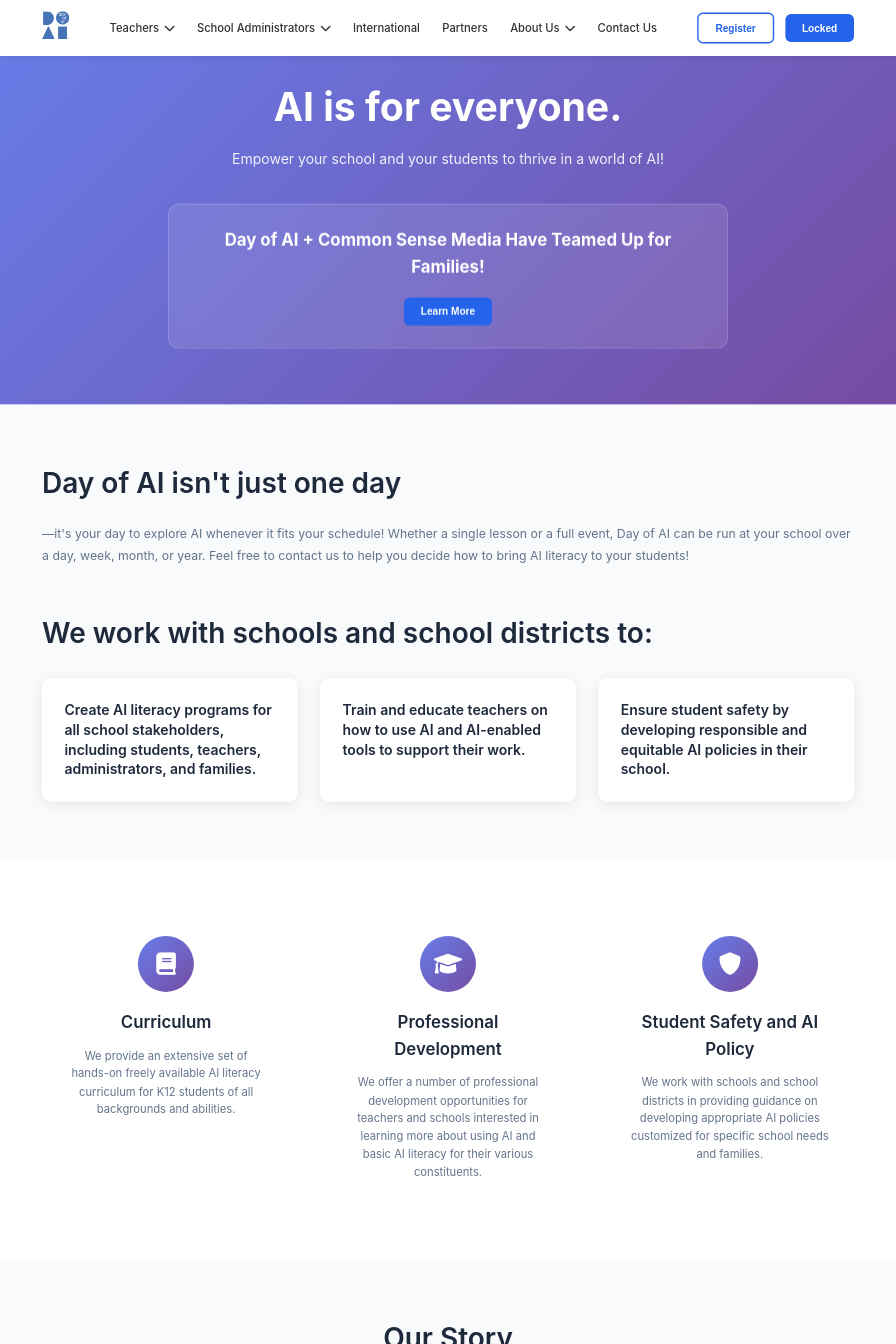
Repository: dinhtri123/dayofai
Page: index.html
The author's editor kept a copy of each file at every save. The page is drawn from the files as they stood at one save, then again after the next save.
The browser window is 1280 px wide. The pictures show the part of the page from y = 0 to 1920 px (the page is 3443 px tall before and 3347 px after), at 70% of full size.

Above is the page before, as saved 2025-06-28 14:28:53.

### index.html
<!DOCTYPE html>
<html lang="en">
<head>
    <meta charset="UTF-8">
    <meta name="viewport" content="width=device-width, initial-scale=1.0">
    <title>Day of AI - AI is for everyone</title>
    <link rel="stylesheet" href="styles.css">
    <link rel="preconnect" href="https://fonts.googleapis.com">
    <link rel="preconnect" href="https://fonts.gstatic.com" crossorigin>
    <link href="https://fonts.googleapis.com/css2?family=Roboto:ital,wght@0,100..900;1,100..900&display=swap" rel="stylesheet">
    <link rel="stylesheet" href="https://cdnjs.cloudflare.com/ajax/libs/font-awesome/6.0.0/css/all.min.css">
</head>
<body>
    <!-- Header -->
    <header class="header">
        <nav class="navbar">
            <div class="nav-container">
                <div class="nav-logo">
                    <img src="./images/logo.svg" alt="Day of AI Logo">
                </div>

                <ul class="nav-menu">
                    <li class="nav-item dropdown">
                        <a href="#" class="nav-link">Teachers <i class="fas fa-chevron-down"></i></a>
                        <ul class="dropdown-menu">
                            <li><a href="#">Curriculum</a></li>
                            <li><a href="#">Seasonal and Monthly Activities</a></li>
                            <li><a href="#">Professional Development</a></li>
                            <li><a href="#">Family Resources</a></li>
                        </ul>
                    </li>
                    <li class="nav-item dropdown">
                        <a href="#" class="nav-link">School Administrators <i class="fas fa-chevron-down"></i></a>
                        <ul class="dropdown-menu">
                            <li><a href="#">Professional Development</a></li>
                            <li><a href="#">Curriculum</a></li>
                            <li><a href="#">Student Safety & AI Policy</a></li>
                            <li><a href="#">Family Resources</a></li>
                        </ul>
                    </li>
                    <li class="nav-item">
                        <a href="#" class="nav-link">International</a>
                    </li>
                    <li class="nav-item">
                        <a href="#" class="nav-link">Partners</a>
                    </li>
                    <li class="nav-item dropdown">
                        <a href="#" class="nav-link">About Us <i class="fas fa-chevron-down"></i></a>
                        <ul class="dropdown-menu">
                            <li><a href="#">Our Team</a></li>
                            <li><a href="#">Our Story</a></li>
                            <li><a href="#">FAQ</a></li>
                            <li><a href="#">News & Impact</a></li>
                        </ul>
                    </li>
                    <li class="nav-item">
                        <a href="#" class="nav-link">Contact Us</a>
                    </li>
                </ul>

                <div class="nav-buttons">
                    <button class="btn btn-secondary">Register</button>
                    <button class="btn btn-primary">Locked</button>
                </div>

                <div class="hamburger">
                    <span class="bar"></span>
                    <span class="bar"></span>
                    <span class="bar"></span>
                </div>
            </div>
        </nav>
    </header>

    <!-- Hero Section -->
    <section class="hero">
        <div class="container">
            <div class="hero-content">
                <h1 class="hero-title">AI is for everyone.</h1>
                <p class="hero-subtitle">Empower your school and your students to thrive in a world of AI!</p>
                <div class="hero-banner">
                    <div class="banner-content">
                        <h3>Day of AI + Common Sense Media Have Teamed Up for Families!</h3>
                        <button class="btn btn-primary">Learn More</button>
                    </div>
                </div>
            </div>
        </div>
    </section>

    <!-- Main Content Section -->
    <section class="main-content">
        <div class="container">
            <div class="content-grid">
                <div class="content-item">
                    <h2>Day of AI isn't just one day</h2>
                    <p>—it's your day to explore AI whenever it fits your schedule! Whether a single lesson or a full event, Day of AI can be run at your school over a day, week, month, or year. Feel free to contact us to help you decide how to bring AI literacy to your students!</p>
                </div>

                <div class="content-item">
                    <h2>We work with schools and school districts to:</h2>
                    <div class="services-grid">
                        <div class="service-card">
                            <h3>Create AI literacy programs for all school stakeholders, including students, teachers, administrators, and families.</h3>
                        </div>
                        <div class="service-card">
                            <h3>Train and educate teachers on how to use AI and AI-enabled tools to support their work.</h3>
                        </div>
                        <div class="service-card">
                            <h3>Ensure student safety by developing responsible and equitable AI policies in their school.</h3>
                        </div>
                    </div>
                </div>
            </div>
        </div>
    </section>

    <!-- Features Section -->
    <section class="features">
        <div class="container">
            <div class="features-grid">
                <div class="feature-card">
                    <div class="feature-icon">
                        <i class="fas fa-book"></i>
                    </div>
                    <h3>Curriculum</h3>
                    <p>We provide an extensive set of hands-on freely available AI literacy curriculum for K12 students of all backgrounds and abilities.</p>
                </div>

                <div class="feature-card">
                    <div class="feature-icon">
                        <i class="fas fa-graduation-cap"></i>
                    </div>
                    <h3>Professional Development</h3>
                    <p>We offer a number of professional development opportunities for teachers and schools interested in learning more about using AI and basic AI literacy for their various constituents.</p>
                </div>

                <div class="feature-card">
                    <div class="feature-icon">
                        <i class="fas fa-shield-alt"></i>
                    </div>
                    <h3>Student Safety and AI Policy</h3>
                    <p>We work with schools and school districts in providing guidance on developing appropriate AI policies customized for specific school needs and families.</p>
                </div>
            </div>
        </div>
    </section>

    <!-- About Section -->
    <section class="about">
        <div class="container">
            <div class="about-content">
                <h2>Our Story</h2>
                <p>Day of AI brings free and open-source AI tools, curriculum, assessments, and teacher professional development materials developed by MIT RAISE to students and educators everywhere.</p>

                <div class="mit-section">
                    <h3>Powered by MIT RAISE</h3>
                    <p>Day of AI was born at MIT in June 2021. Led by a team of faculty and research scientists at MIT RAISE…..(more)</p>
                </div>

                <div class="partners-section">
                    <h3>Our Collaborators and Partners</h3>
                    <div class="partners-grid">
                        <div class="partner-logo">Partner 1</div>
                        <div class="partner-logo">Partner 2</div>
                        <div class="partner-logo">Partner 3</div>
                        <div class="partner-logo">Partner 4</div>
                    </div>
                </div>
            </div>
        </div>
    </section>

    <!-- CTA Section -->
    <section class="cta">
        <div class="container">
            <div class="cta-content">
                <h2>Bring Day of AI to Your School or School District</h2>
                <div class="cta-buttons">
                    <button class="btn btn-primary">Register</button>
                    <button class="btn btn-secondary">Learn More</button>
                </div>
            </div>
        </div>
    </section>

    <!-- Footer -->
    <footer class="footer">
        <div class="container">
            <div class="footer-content">
                <div class="footer-section">
                    <p>&copy; 2025, Day of AI. All Rights Reserved.</p>
                    <div class="footer-links">
                        <a href="#">Privacy Policy</a>
                        <a href="#">Accessibility</a>
                        <a href="#">Terms of Use</a>
                        <a href="#">Boston Web Design</a>
                    </div>
                </div>

                <div class="footer-legal">
                    <p>Unless stated otherwise, the DAY OF AI curriculum is licensed under a Creative Commons Attribution-NonCommercial-ShareAlike 4.0 International License (the "DAY OF AI Creative Commons license"). The DAY OF AI Creative Commons license does not include a license to use the trademarks and service marks, DAY OF AI, DAY OF AI (and Design), the DAY OF AI logo, MASSACHUSETTS INSTITUTE OF TECHNOLOGY, MIT, the MIT logo, MIT RAISE, RAISE, or any other trademarks, service marks, or other intellectual property, owned by, or associated with, Massachusetts Institute of Technology, and such use is expressly excluded. DAY OF AI, DAY OF AI (and Design), and the DAY OF AI logo are trademarks and service marks of MASSACHUSETTS INSTITUTE OF TECHNOLOGY. All rights are reserved.</p>
                </div>

                <div class="footer-translate">
                    <button class="translate-btn">Translate »</button>
                </div>
            </div>
        </div>
    </footer>

    <script src="script.js"></script>
</body>
</html>

### styles.css
:root {
  --font-family: 'Roboto', sans-serif;
}
* {
    margin: 0;
    padding: 0;
    box-sizing: border-box;
}

body {
    font-family: 'Inter', sans-serif;
    line-height: 1.6;
    color: #333;
    overflow-x: hidden;
}

.container {
    max-width: 1200px;
    margin: 0 auto;
    padding: 0 20px;
}

/* Header Styles */
.header {
    background: #fff;
    box-shadow: 0 2px 10px rgba(0, 0, 0, 0.1);
    position: fixed;
    top: 0;
    width: 100%;
    z-index: 1000;
}

.navbar {
    padding: 1rem 0;
}

.nav-container {
    display: flex;
    justify-content: space-between;
    align-items: center;
    max-width: 1200px;
    margin: 0 auto;
    padding: 0 20px;
}

.nav-logo img {
    height: 40px;
    width: auto;
}

.nav-menu {
    display: flex;
    list-style: none;
    align-items: center;
    gap: 2rem;
}

.nav-item {
    position: relative;
}

.nav-link {
    text-decoration: none;
    color: #333;
    font-weight: 500;
    padding: 0.5rem 0;
    transition: color 0.3s ease;
    display: flex;
    align-items: center;
    gap: 0.5rem;
}

.nav-link:hover {
    color: #2563eb;
}

.dropdown-menu {
    position: absolute;
    top: 100%;
    left: 0;
    background: #fff;
    box-shadow: 0 4px 20px rgba(0, 0, 0, 0.15);
    border-radius: 8px;
    min-width: 250px;
    opacity: 0;
    visibility: hidden;
    transform: translateY(-10px);
    transition: all 0.3s ease;
    list-style: none;
    padding: 1rem 0;
}

.dropdown:hover .dropdown-menu {
    opacity: 1;
    visibility: visible;
    transform: translateY(0);
}

.dropdown-menu li a {
    display: block;
    padding: 0.75rem 1.5rem;
    color: #333;
    text-decoration: none;
    transition: background-color 0.3s ease;
}

.dropdown-menu li a:hover {
    background-color: #f8fafc;
    color: #2563eb;
}

.nav-buttons {
    display: flex;
    gap: 1rem;
    align-items: center;
}

.btn {
    padding: 0.75rem 1.5rem;
    border: none;
    border-radius: 8px;
    font-weight: 600;
    cursor: pointer;
    transition: all 0.3s ease;
    text-decoration: none;
    display: inline-block;
    font-size: 0.9rem;
}

.btn-primary {
    background: #2563eb;
    color: #fff;
}

.btn-primary:hover {
    background: #1d4ed8;
    transform: translateY(-2px);
}

.btn-secondary {
    background: transparent;
    color: #2563eb;
    border: 2px solid #2563eb;
}

.btn-secondary:hover {
    background: #2563eb;
    color: #fff;
}

.hamburger {
    display: none;
    flex-direction: column;
    cursor: pointer;
}

.bar {
    width: 25px;
    height: 3px;
    background: #333;
    margin: 3px 0;
    transition: 0.3s;
}

/* Hero Section */
.hero {
    background: linear-gradient(135deg, #667eea 0%, #764ba2 100%);
    color: #fff;
    padding: 120px 0 80px;
    text-align: center;
}

.hero-content {
    max-width: 800px;
    margin: 0 auto;
}

.hero-title {
    font-size: 3.5rem;
    font-weight: 700;
    margin-bottom: 1.5rem;
    line-height: 1.2;
}

.hero-subtitle {
    font-size: 1.25rem;
    margin-bottom: 3rem;
    opacity: 0.9;
}

.hero-banner {
    background: rgba(255, 255, 255, 0.1);
    backdrop-filter: blur(10px);
    border-radius: 16px;
    padding: 2rem;
    margin-top: 2rem;
    border: 1px solid rgba(255, 255, 255, 0.2);
}

.banner-content h3 {
    font-size: 1.5rem;
    margin-bottom: 1.5rem;
}

/* Main Content Section */
.main-content {
    padding: 80px 0;
    background: #f8fafc;
}

.content-grid {
    display: grid;
    gap: 4rem;
}

.content-item h2 {
    font-size: 2.5rem;
    font-weight: 600;
    margin-bottom: 1.5rem;
    color: #1e293b;
}

.content-item p {
    font-size: 1.1rem;
    color: #64748b;
    line-height: 1.8;
}

.services-grid {
    display: grid;
    grid-template-columns: repeat(auto-fit, minmax(300px, 1fr));
    gap: 2rem;
    margin-top: 2rem;
}

.service-card {
    background: #fff;
    padding: 2rem;
    border-radius: 12px;
    box-shadow: 0 4px 20px rgba(0, 0, 0, 0.08);
    transition: transform 0.3s ease, box-shadow 0.3s ease;
}

.service-card:hover {
    transform: translateY(-5px);
    box-shadow: 0 8px 30px rgba(0, 0, 0, 0.12);
}

.service-card h3 {
    font-size: 1.25rem;
    font-weight: 600;
    color: #1e293b;
    line-height: 1.4;
}

/* Features Section */
.features {
    padding: 80px 0;
    background: #fff;
}

.features-grid {
    display: grid;
    grid-template-columns: repeat(auto-fit, minmax(350px, 1fr));
    gap: 3rem;
}

.feature-card {
    text-align: center;
    padding: 2rem;
    border-radius: 16px;
    transition: transform 0.3s ease;
}

.feature-card:hover {
    transform: translateY(-5px);
}

.feature-icon {
    width: 80px;
    height: 80px;
    background: linear-gradient(135deg, #667eea 0%, #764ba2 100%);
    border-radius: 50%;
    display: flex;
    align-items: center;
    justify-content: center;
    margin: 0 auto 1.5rem;
    color: #fff;
    font-size: 2rem;
}

.feature-card h3 {
    font-size: 1.5rem;
    font-weight: 600;
    margin-bottom: 1rem;
    color: #1e293b;
}

.feature-card p {
    color: #64748b;
    line-height: 1.6;
}

/* About Section */
.about {
    padding: 80px 0;
    background: #f8fafc;
}

.about-content {
    max-width: 800px;
    margin: 0 auto;
    text-align: center;
}

.about-content h2 {
    font-size: 2.5rem;
    font-weight: 600;
    margin-bottom: 1.5rem;
    color: #1e293b;
}

.about-content p {
    font-size: 1.1rem;
    color: #64748b;
    line-height: 1.8;
    margin-bottom: 3rem;
}

.mit-section {
    background: #fff;
    padding: 2rem;
    border-radius: 12px;
    margin: 2rem 0;
    box-shadow: 0 4px 20px rgba(0, 0, 0, 0.08);
}

.mit-section h3 {
    font-size: 1.5rem;
    font-weight: 600;
    margin-bottom: 1rem;
    color: #1e293b;
}

.partners-section {
    margin-top: 3rem;
}

.partners-section h3 {
    font-size: 1.5rem;
    font-weight: 600;
    margin-bottom: 2rem;
    color: #1e293b;
}

.partners-grid {
    display: grid;
    grid-template-columns: repeat(auto-fit, minmax(200px, 1fr));
    gap: 2rem;
}

.partner-logo {
    background: #fff;
    padding: 2rem;
    border-radius: 8px;
    text-align: center;
    box-shadow: 0 2px 10px rgba(0, 0, 0, 0.1);
    font-weight: 600;
    color: #64748b;
}

/* CTA Section */
.cta {
    padding: 80px 0;
    background: linear-gradient(135deg, #667eea 0%, #764ba2 100%);
    color: #fff;
    text-align: center;
}

.cta-content h2 {
    font-size: 2.5rem;
    font-weight: 600;
    margin-bottom: 2rem;
}

.cta-buttons {
    display: flex;
    gap: 1rem;
    justify-content: center;
    flex-wrap: wrap;
}

/* Footer */
.footer {
    background: #1e293b;
    color: #fff;
    padding: 60px 0 30px;
}

.footer-content {
    display: grid;
    gap: 2rem;
}

.footer-section {
    display: flex;
    justify-content: space-between;
    align-items: center;
    flex-wrap: wrap;
    gap: 1rem;
}

.footer-links {
    display: flex;
    gap: 2rem;
    flex-wrap: wrap;
}

.footer-links a {
    color: #cbd5e1;
    text-decoration: none;
    transition: color 0.3s ease;
}

.footer-links a:hover {
    color: #fff;
}

.footer-legal {
    border-top: 1px solid #334155;
    padding-top: 2rem;
}

.footer-legal p {
    font-size: 0.9rem;
    color: #94a3b8;
    line-height: 1.6;
}

.footer-translate {
    text-align: center;
    padding-top: 2rem;
}

.translate-btn {
    background: transparent;
    color: #cbd5e1;
    border: 1px solid #475569;
    padding: 0.5rem 1rem;
    border-radius: 6px;
    cursor: pointer;
    transition: all 0.3s ease;
}

.translate-btn:hover {
    background: #475569;
    color: #fff;
}

/* Responsive Design */
@media (max-width: 768px) {
    .nav-menu {
        position: fixed;
        left: -100%;
        top: 70px;
        flex-direction: column;
        background-color: #fff;
        width: 100%;
        text-align: center;
        transition: 0.3s;
        box-shadow: 0 10px 27px rgba(0, 0, 0, 0.05);
        padding: 2rem 0;
    }

    .nav-menu.active {
        left: 0;
    }

    .nav-menu li {
        margin: 1rem 0;
    }

    .dropdown-menu {
        position: static;
        opacity: 1;
        visibility: visible;
        transform: none;
        box-shadow: none;
        background: #f8fafc;
        margin-top: 1rem;
    }

    .hamburger {
        display: flex;
    }

    .hamburger.active .bar:nth-child(2) {
        opacity: 0;
    }

    .hamburger.active .bar:nth-child(1) {
        transform: translateY(8px) rotate(45deg);
    }

    .hamburger.active .bar:nth-child(3) {
        transform: translateY(-8px) rotate(-45deg);
    }

    .nav-buttons {
        display: none;
    }

    .hero-title {
        font-size: 2.5rem;
    }

    .hero-subtitle {
        font-size: 1.1rem;
    }

    .content-item h2,
    .about-content h2,
    .cta-content h2 {
        font-size: 2rem;
    }

    .services-grid,
    .features-grid {
        grid-template-columns: 1fr;
    }

    .footer-section {
        flex-direction: column;
        text-align: center;
    }

    .footer-links {
        justify-content: center;
    }

    .cta-buttons {
        flex-direction: column;
        align-items: center;
    }

    .cta-buttons .btn {
        width: 100%;
        max-width: 300px;
    }
}

@media (max-width: 480px) {
    .container {
        padding: 0 15px;
    }

    .hero {
        padding: 100px 0 60px;
    }

    .hero-title {
        font-size: 2rem;
    }

    .main-content,
    .features,
    .about,
    .cta {
        padding: 60px 0;
    }

    .service-card,
    .feature-card {
        padding: 1.5rem;
    }
}

/* Animations */
@keyframes fadeInUp {
    from {
        opacity: 0;
        transform: translateY(30px);
    }
    to {
        opacity: 1;
        transform: translateY(0);
    }
}

.hero-content,
.content-item,
.feature-card,
.about-content {
    animation: fadeInUp 0.8s ease-out;
}

/* Smooth scrolling */
html {
    scroll-behavior: smooth;
}

/* Focus styles for accessibility */
.btn:focus,
.nav-link:focus,
.translate-btn:focus {
    outline: 2px solid #2563eb;
    outline-offset: 2px;
}

Loaded but not shown: script.js (249 lines, source omitted)

After the next save:
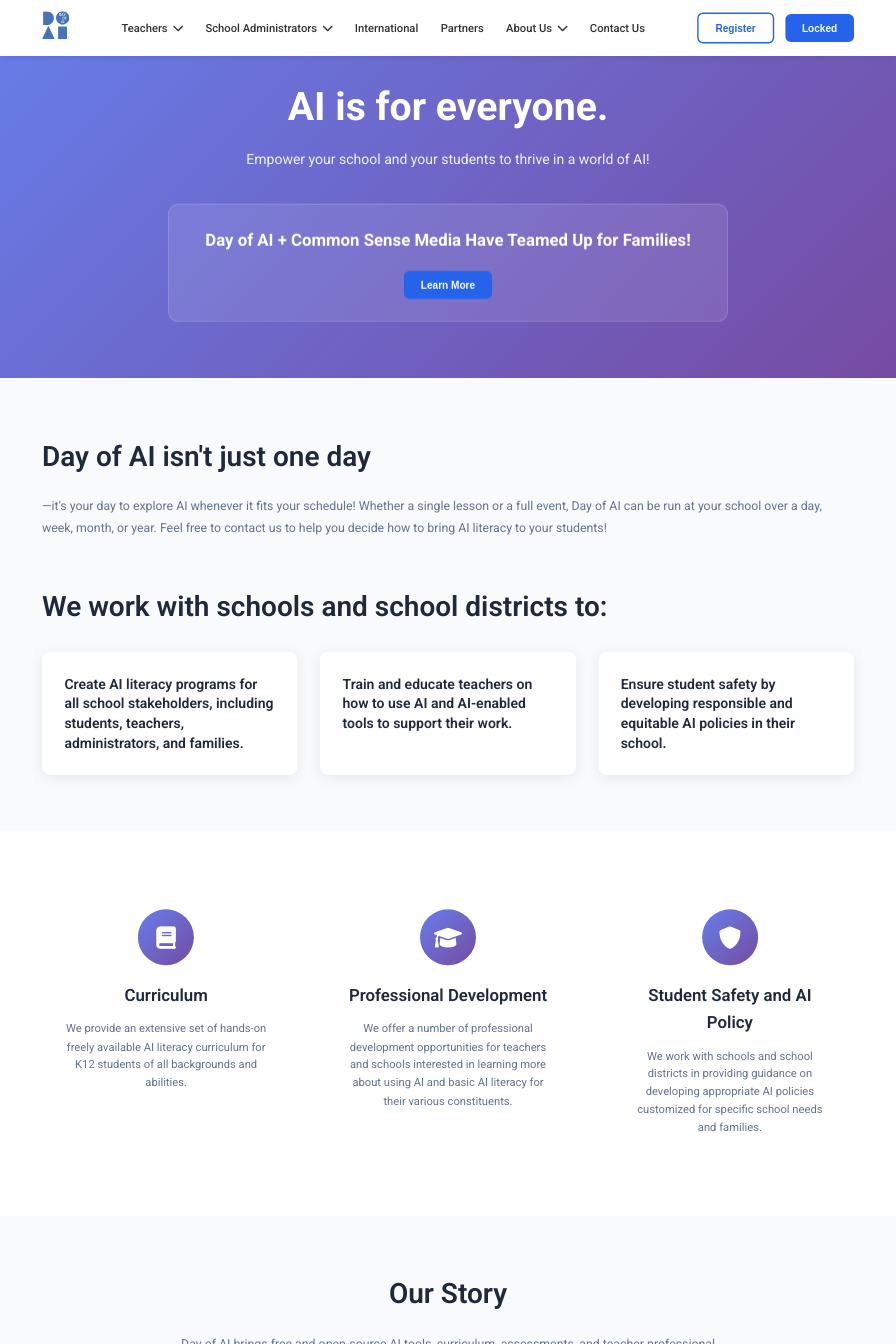
Saved 16 s later.
--- a/styles.css
+++ b/styles.css
@@ -8,7 +8,7 @@
 }
 
 body {
-    font-family: 'Inter', sans-serif;
+    font-family: var(--font-family);
     line-height: 1.6;
     color: #333;
     overflow-x: hidden;
